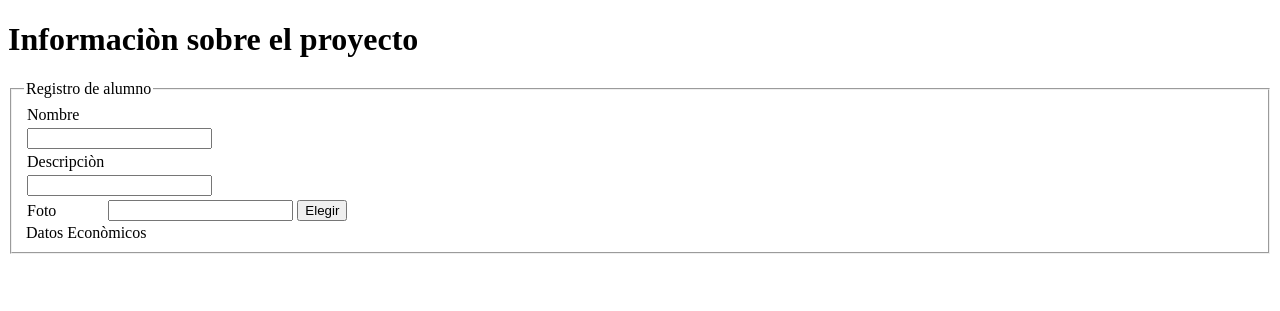
Repository: hoscanoa/Clases-LPII
Page: LPIISemana01/LPII-Semana01/WebContent/inicio.html
These files come from the project's save history. The page is drawn as it stood at one moment and after the next save; the edit follows.
The browser window is 1280 px wide. The pictures show the whole page.

Above is the page before, as saved 2014-09-18 22:02:09.

### LPIISemana01/LPII-Semana01/WebContent/inicio.html
<!DOCTYPE html PUBLIC "-//W3C//DTD HTML 4.01 Transitional//EN" "http://www.w3.org/TR/html4/loose.dtd">
<html>
<head>
<meta http-equiv="Content-Type" content="text/html; charset=ISO-8859-1">
<title>Insert title here</title>
</head>
<body>
	<h1>Informaciòn sobre el proyecto</h1>
	<form action="">
		<fieldset>
			<legend>Registro de alumno</legend>
			<table>
				<tr>
					<td>Nombre</td>
				</tr>
				<tr>
					<td colspan="2"><input type="text" name="nombre"></td>
				</tr>
				<tr>
					<td>Descripciòn</td>
				</tr>
				<tr>
					<td colspan="2"><input type="text" name="descripcion">
					</td>
				</tr>

				<tr>
					<td>Foto</td>

					<td><input type="text" name="descripcion"></td>
					<td><input type="button" value="Elegir"></td>
				</tr>

			</table>
			<legend>Datos Econòmicos</legend>
		</fieldset>
	</form>

</body>
</html>

After the next save:
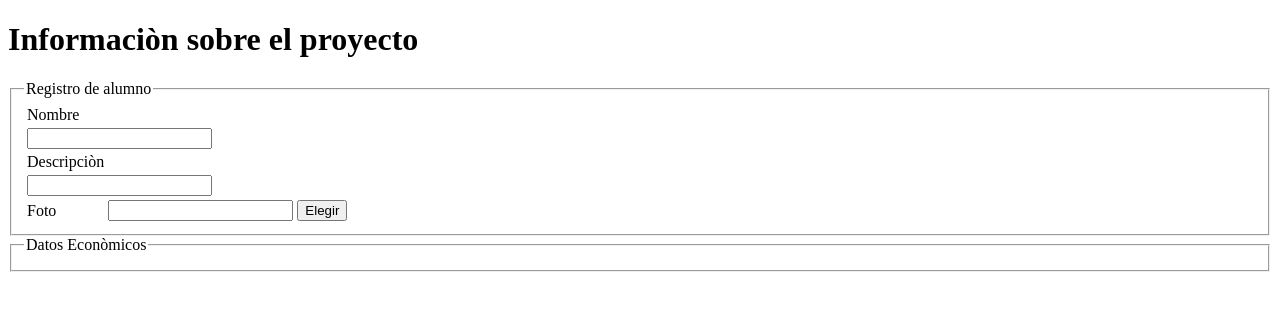
Saved 29 s later.
--- a/LPIISemana01/LPII-Semana01/WebContent/inicio.html
+++ b/LPIISemana01/LPII-Semana01/WebContent/inicio.html
@@ -14,7 +14,8 @@
 					<td>Nombre</td>
 				</tr>
 				<tr>
-					<td colspan="2"><input type="text" name="nombre"></td>
+					<td colspan="2"><input type="text" name="nombre">
+					</td>
 				</tr>
 				<tr>
 					<td>Descripciòn</td>
@@ -27,11 +28,15 @@
 				<tr>
 					<td>Foto</td>
 
-					<td><input type="text" name="descripcion"></td>
-					<td><input type="button" value="Elegir"></td>
+					<td><input type="text" name="descripcion">
+					</td>
+					<td><input type="button" value="Elegir">
+					</td>
 				</tr>
 
 			</table>
+		</fieldset>
+		<fieldset>
 			<legend>Datos Econòmicos</legend>
 		</fieldset>
 	</form>
